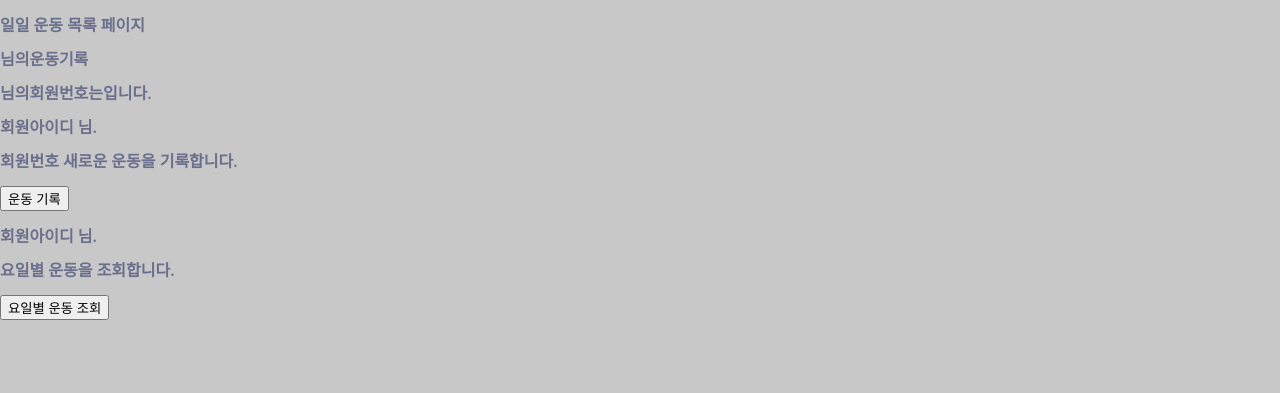
Repository: Up-Min/hrdkorea
Page: http://localhost/jsp_workout/main.jsp
An editor plug-in stored every save of this project. The page is shown before and after the next save, followed by the edit.
The browser window is 1280 px wide. The pictures show the whole page.
The page is served by Tomcat 9. The template is opened directly, without the code that normally fills it, so the values that code supplies are empty.

Above is the page before, as saved 2022-12-31 00:42:49.

After the next save:
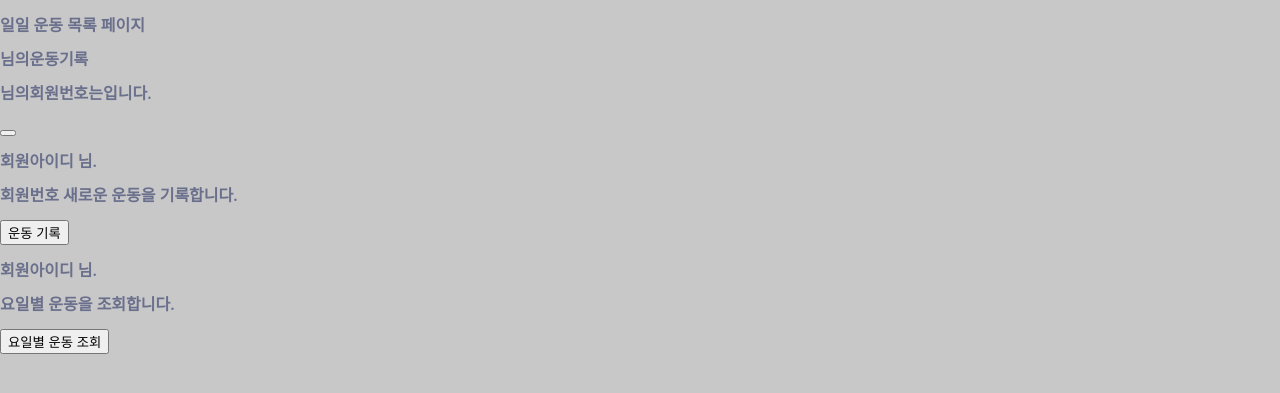
Saved 6 min 14 s later.
--- a/jsp_workout/src/main/webapp/main.jsp
+++ b/jsp_workout/src/main/webapp/main.jsp
@@ -29,6 +29,9 @@ List<workout> list6 = (List)request.getAttribute("wklist5");
 		<p>${id}님의운동기록</p>
 		<p>${id}님의회원번호는${num}입니다.</p>
 	</div>
+
+	<button onclick = "location.href='index'"> </button>
+
 	<form action="start" method="post">
 		<input type="hidden" name="id" value="${id}">
 		<input type="hidden" name="num" value="${num}">
@@ -37,6 +40,7 @@ List<workout> list6 = (List)request.getAttribute("wklist5");
 		<p>회원번호 ${num} 새로운 운동을 기록합니다.</p>
 		<button onclick="chk_form(); return false;">운동 기록</button>
 	</form>
+
 
 	<%-- 	<form action="tolist" method="post">
 		<input type="hidden" name="id" value="${id}"> <input
